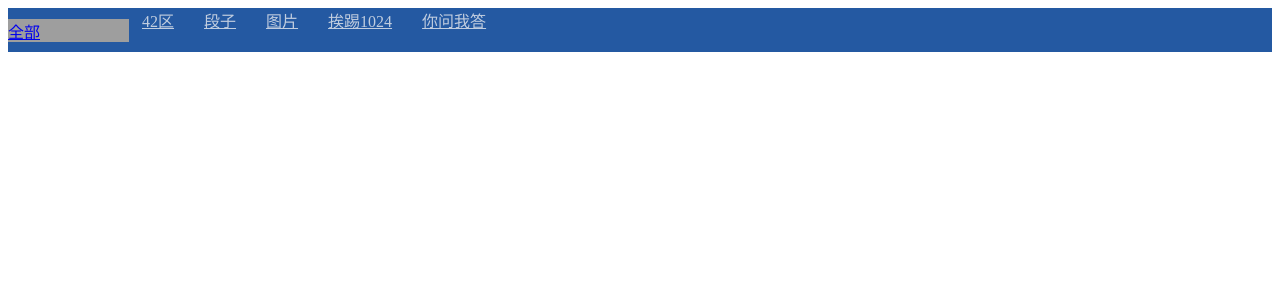
Repository: ZhaobaoJiang/workspace
Page: bbs/bbs/templates/index.html
An editor plug-in stored every save of this project. The page is shown before and after the next save, followed by the edit.
The browser window is 1280 px wide. The pictures show the whole page.
Pictures or frames that could not be fetched are drawn as grey boxes.

Above is the page before, as saved 2017-06-20 12:29:39.

After the next save:
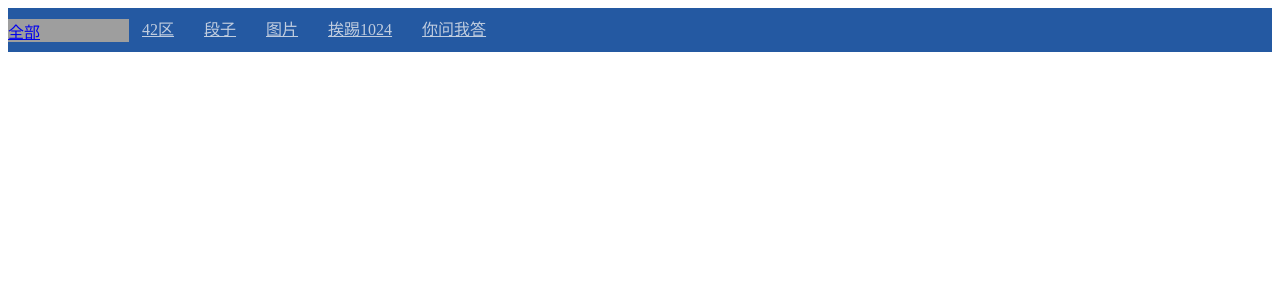
Saved 92 s later.
--- a/bbs/bbs/static/css/common.css
+++ b/bbs/bbs/static/css/common.css
@@ -19,4 +19,5 @@ a.tb{
 	margin-left:-3px;
 	padding:0 13px 0 16px;
 	display:inline-block;
+	line-height:44px;
 }
